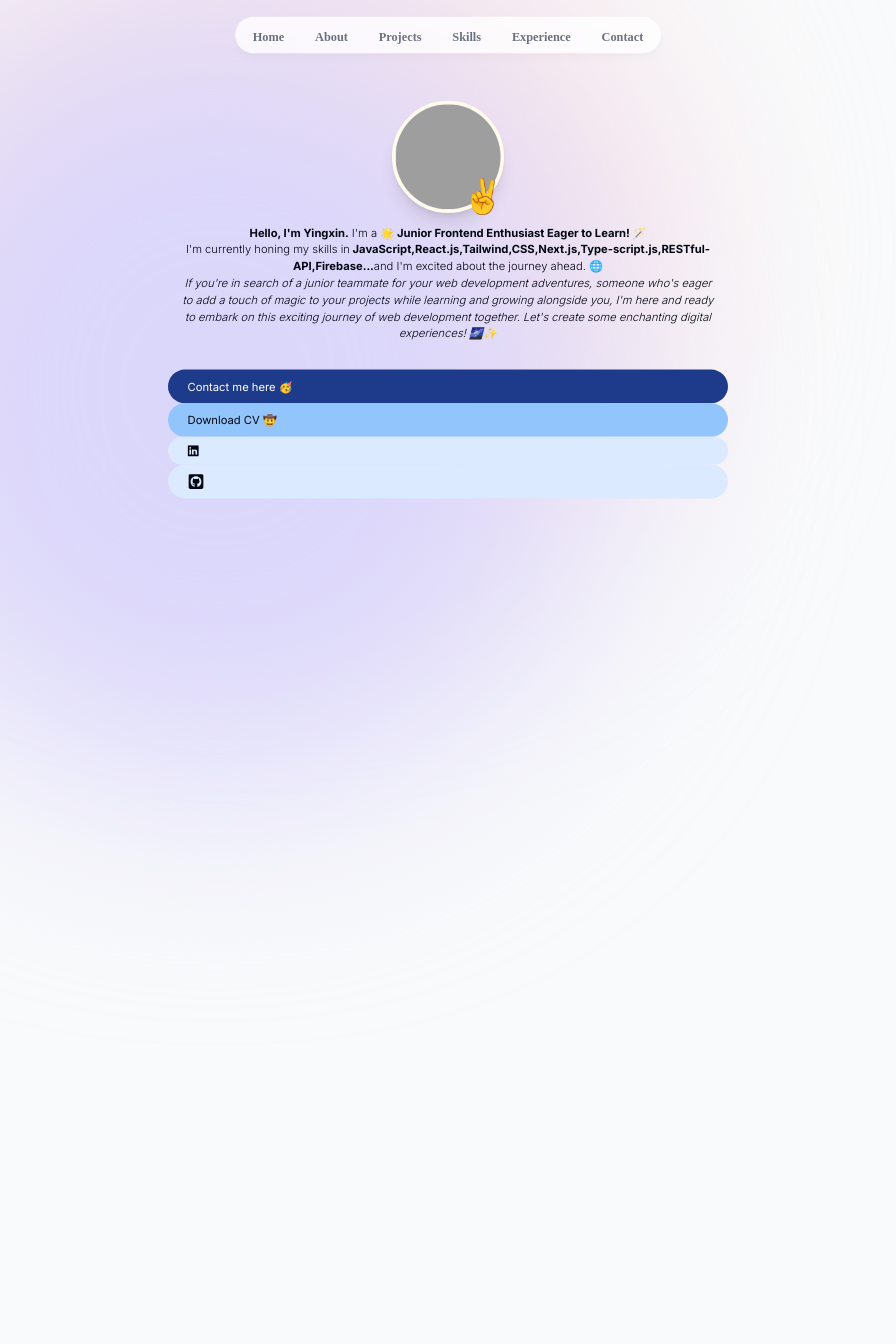
Repository: Tracy-maker/portfolio_website
Page: /
The author's editor kept a copy of each file at every save. The page is drawn from the files as they stood at one save, then again after the next save.
The browser window is 1280 px wide. The pictures show the part of the page from y = 0 to 1920 px (the page is 5000 px tall), at 70% of full size.
Pictures or frames that could not be fetched are drawn as grey boxes. The project was rebuilt for these pictures with package versions that can differ from the ones it lists, and the page was loaded fresh each time. The framework's server and built-in components were replaced by stand-ins that run in the browser. Also part of the build but not shown: next.config.js.

Above is the page before, as saved 2023-10-06 11:30:06.

After the next save:
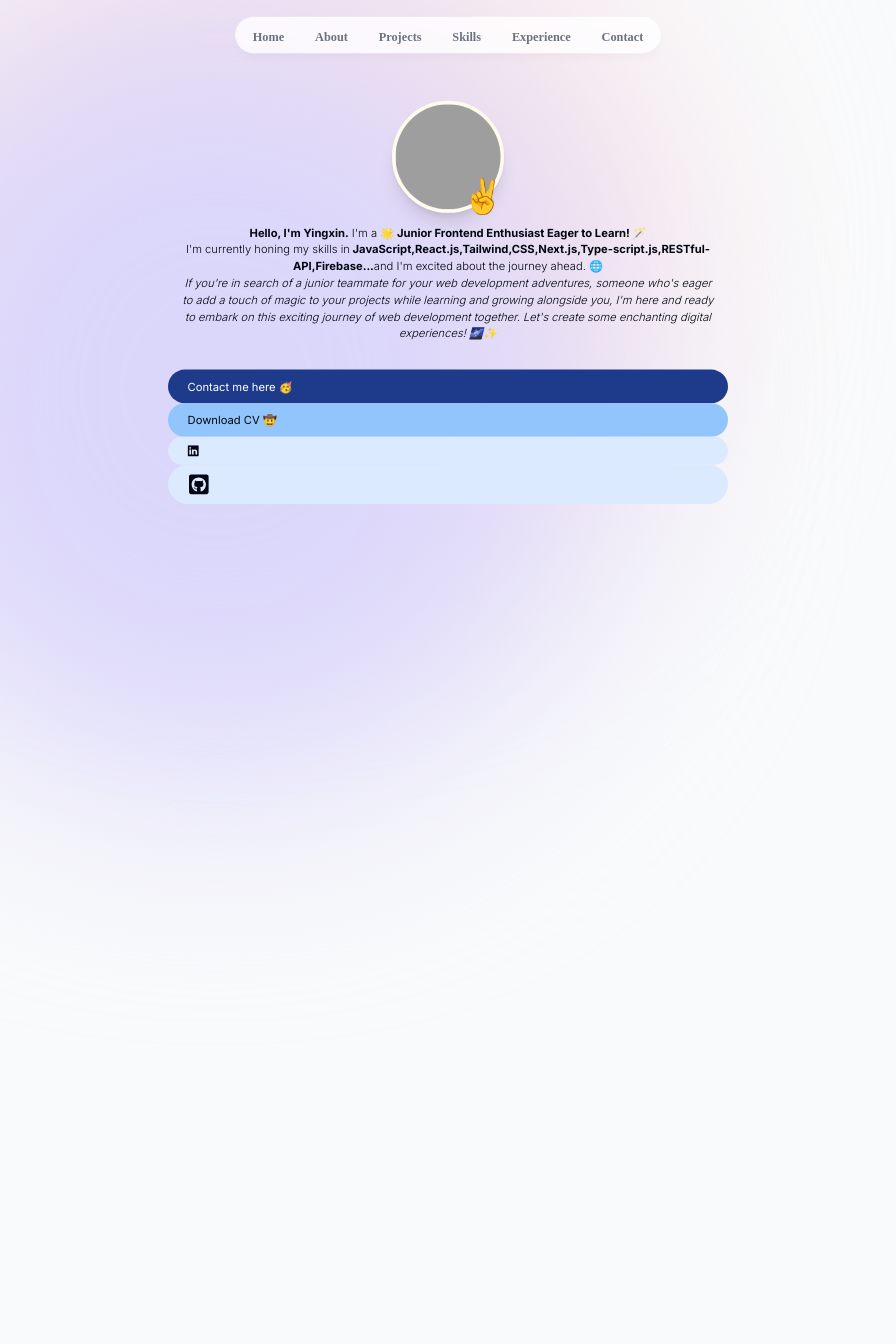
Saved 7 s later.
--- a/components/intro.tsx
+++ b/components/intro.tsx
@@ -85,7 +85,7 @@ export default function Intro() {
         <a className="bg-blue-100 px-7 py-3 flex items-center gap-2 rounded-full">
           <BsLinkedin />
         </a>
-        <a className="bg-blue-100 px-7 py-3 flex items-center gap-2 rounded-full text-[1.5rem]">
+        <a className="bg-blue-100 px-7 py-3 flex items-center gap-2 rounded-full text-[2rem]">
           <FaGithubSquare />
         </a>
       </div>
